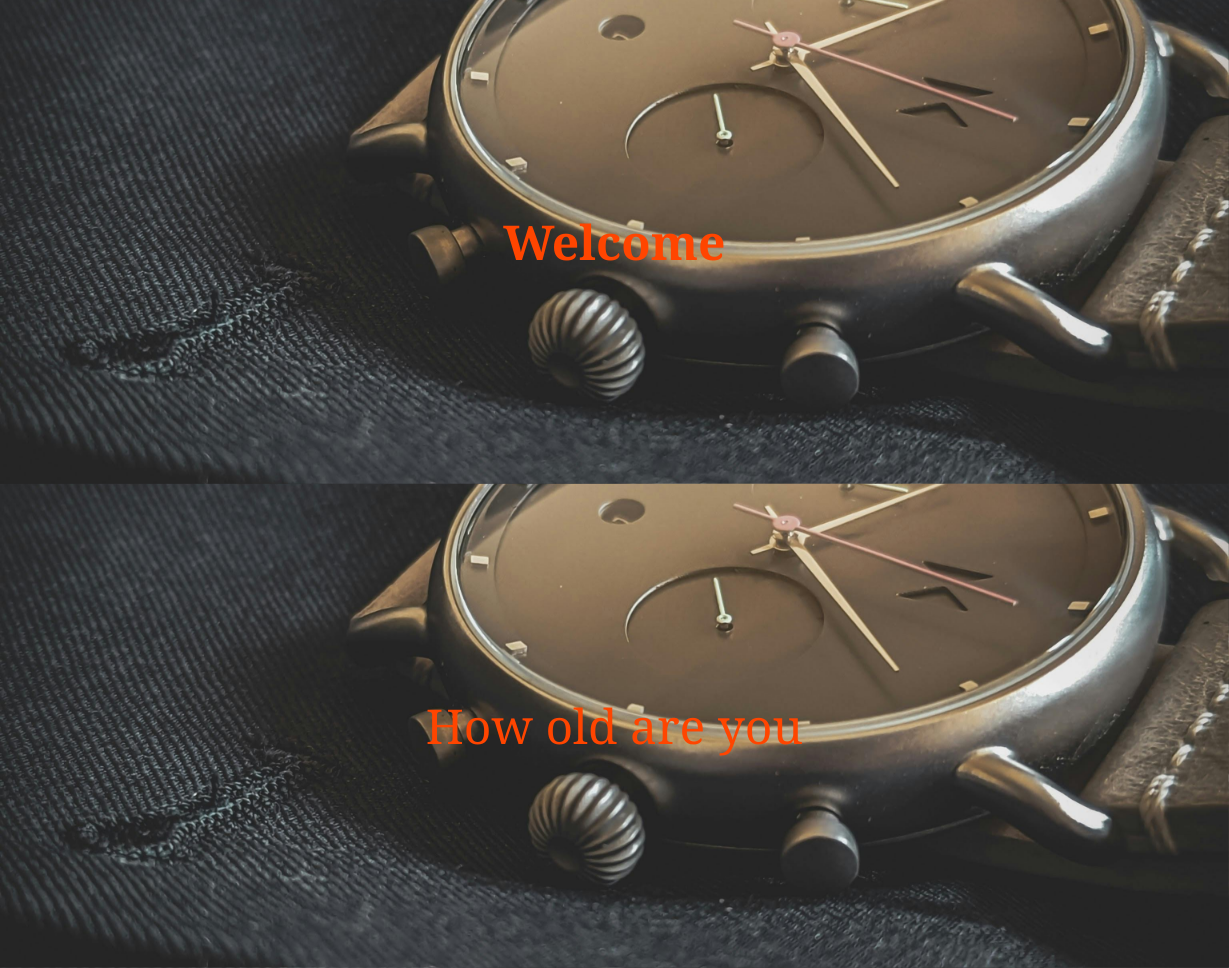
Repository: kem85/beginning
Page: web/js/index.html
These files come from the project's save history. The page is drawn as it stood at one moment and after the next save; the edit follows.
The browser window is 1280 px wide. The pictures show the whole page, at 96% of full size.
Backgrounds fixed to the window are drawn as part of the page.

Above is the page before, as saved 2024-06-18 02:59:37.

### web/js/index.html
<!DOCTYPE html>
<html lang="en">
<head>
    <meta charset="UTF-8">
    <meta name="viewport" content="width=device-width, initial-scale=1.0">
    <title>Document</title>
    <script src="./test.js"></script>
    <link rel="stylesheet" href="./main.css">
</head>
<body>
    <div class="banner">
        <h1 class="welcomesign">Welcome</h1>
        <p class="welcomesign">How old are you</p>
    </div>
</body>
</html>

### web/js/test.js
window.alert("what is love");

### web/js/main.css
*{
    font-family:Cambria, Cochin, Georgia, Times, 'Times New Roman', serif;
    background-image: url("./watch.jpg");
    background-position: center;
    background-attachment: fixed;
    background-size: cover;
    padding:0;
    margin:0;
    box-sizing: border-box;
}
.welcomesign{
    min-width: 100vw;
    min-height:70vh;
    display:flex;
    color: orangered;
    justify-content: center;
    align-items: center;
    text-align: center;
    font-size: 50px;
}

After the next save:
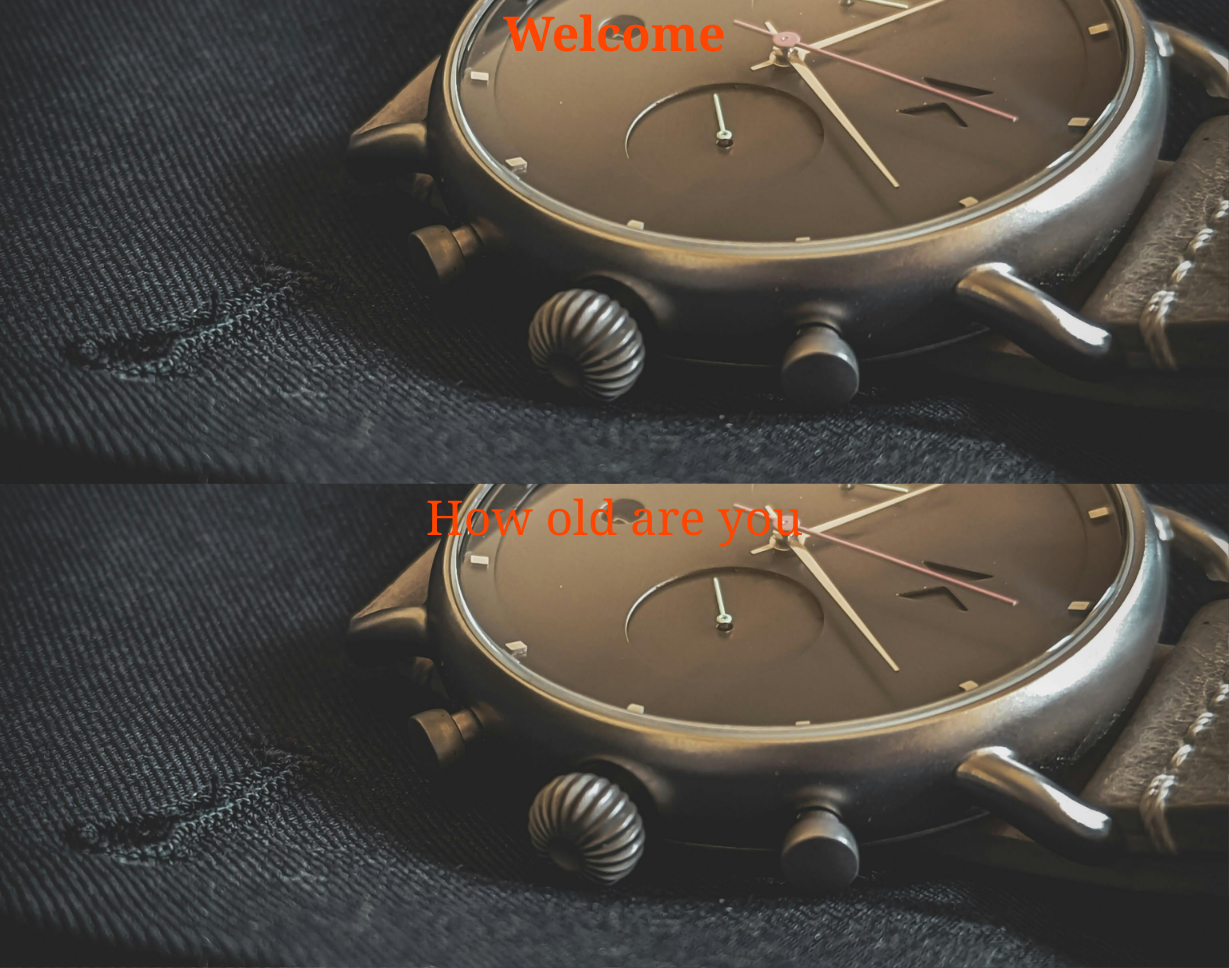
Saved 17 s later.
--- a/web/js/main.css
+++ b/web/js/main.css
@@ -11,7 +11,7 @@
 .welcomesign{
     min-width: 100vw;
     min-height:70vh;
-    display:flex;
+    display:inline-block;
     color: orangered;
     justify-content: center;
     align-items: center;
